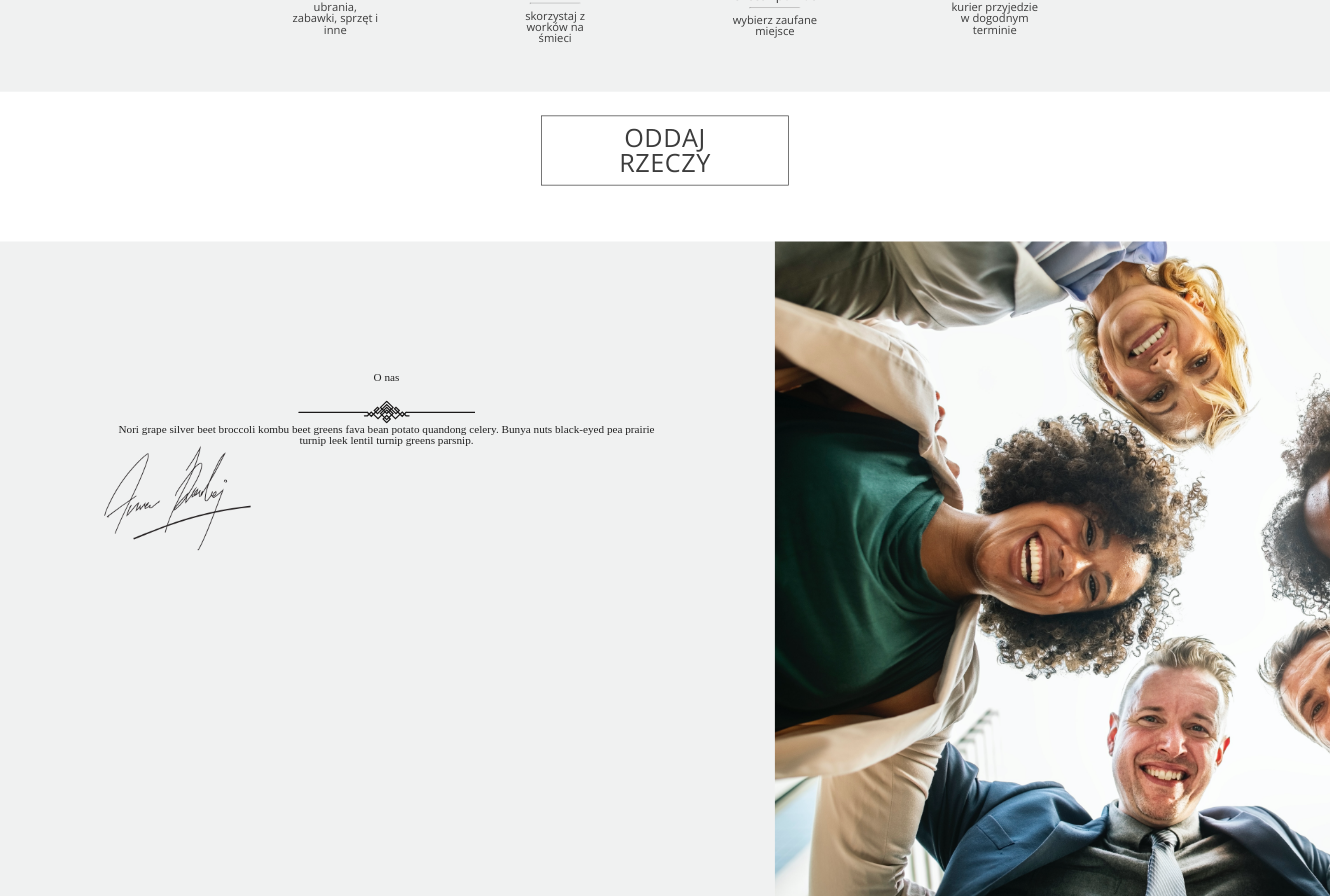
Repository: tomekwoojcik/oddam-w-dobre-rence
Page: /
An editor plug-in stored every save of this project. The page is shown before and after the next save, followed by the edit.
The browser window is 1280 px wide. The page is 1900 px wide, so the pictures cover 1900 px, including what lies to the right of the window. The pictures show the part of the page from y = 1720 to 3000 px (the page is 3000 px tall), at 70% of full size.
The project was rebuilt for these pictures with package versions that can differ from the ones it lists, and the page was loaded fresh each time. Also part of the build but not shown: src/pages/logIn/logIn.js, src/pages/register/register.js.

Above is the page before, as saved 2022-12-08 09:25:50.

After the next save:
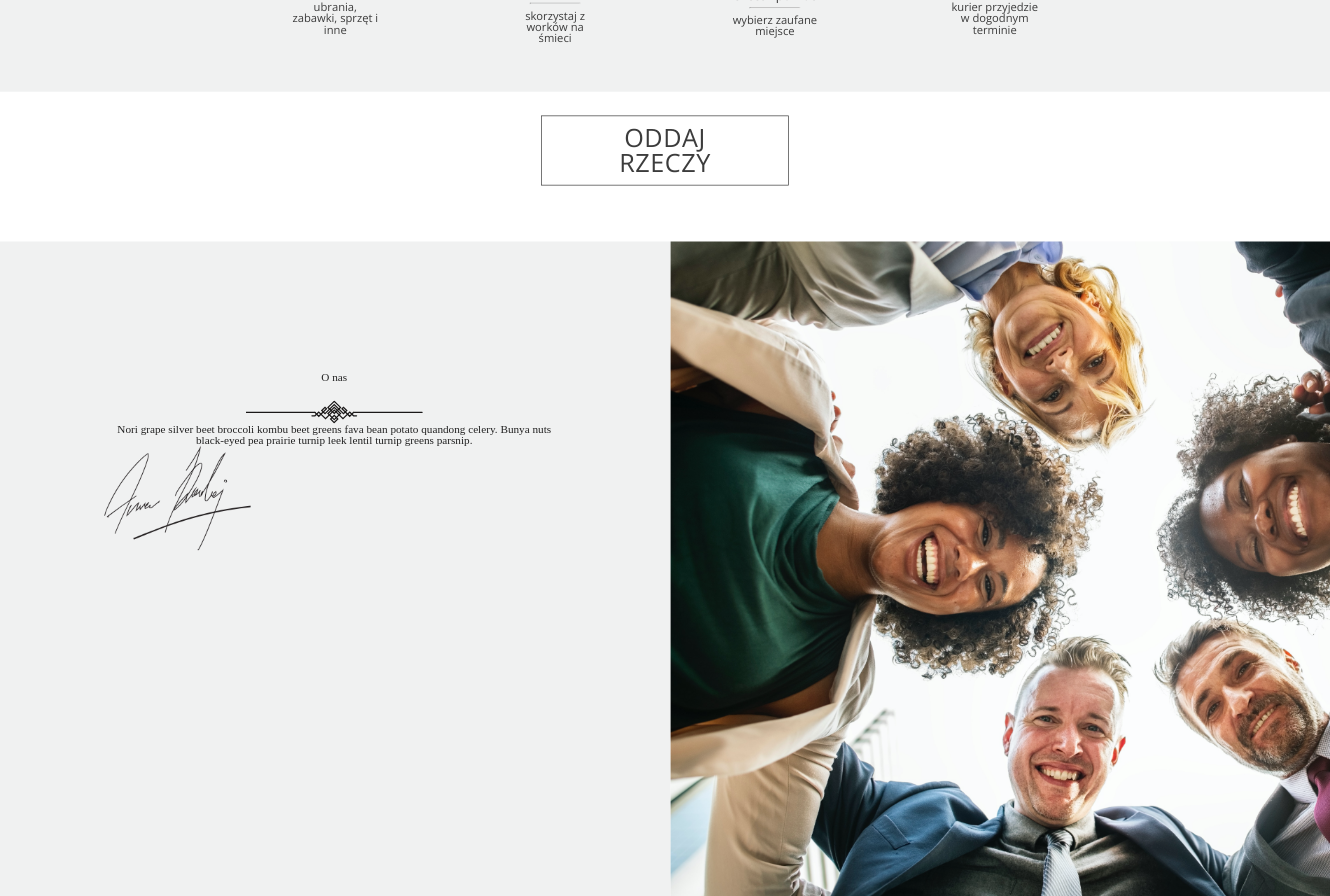
Saved 2 min 1 s later.
--- a/src/components/atoms/aboutUsText/_aboutUsText.scss
+++ b/src/components/atoms/aboutUsText/_aboutUsText.scss
@@ -4,7 +4,7 @@
 
 .aboutUsText {
     background-color: $white-color;
-    width: 958px;
+    width: calc(958px - 301px);
     padding: 186px 152px 185px 149px;
 
     .aboutUsSignature {
